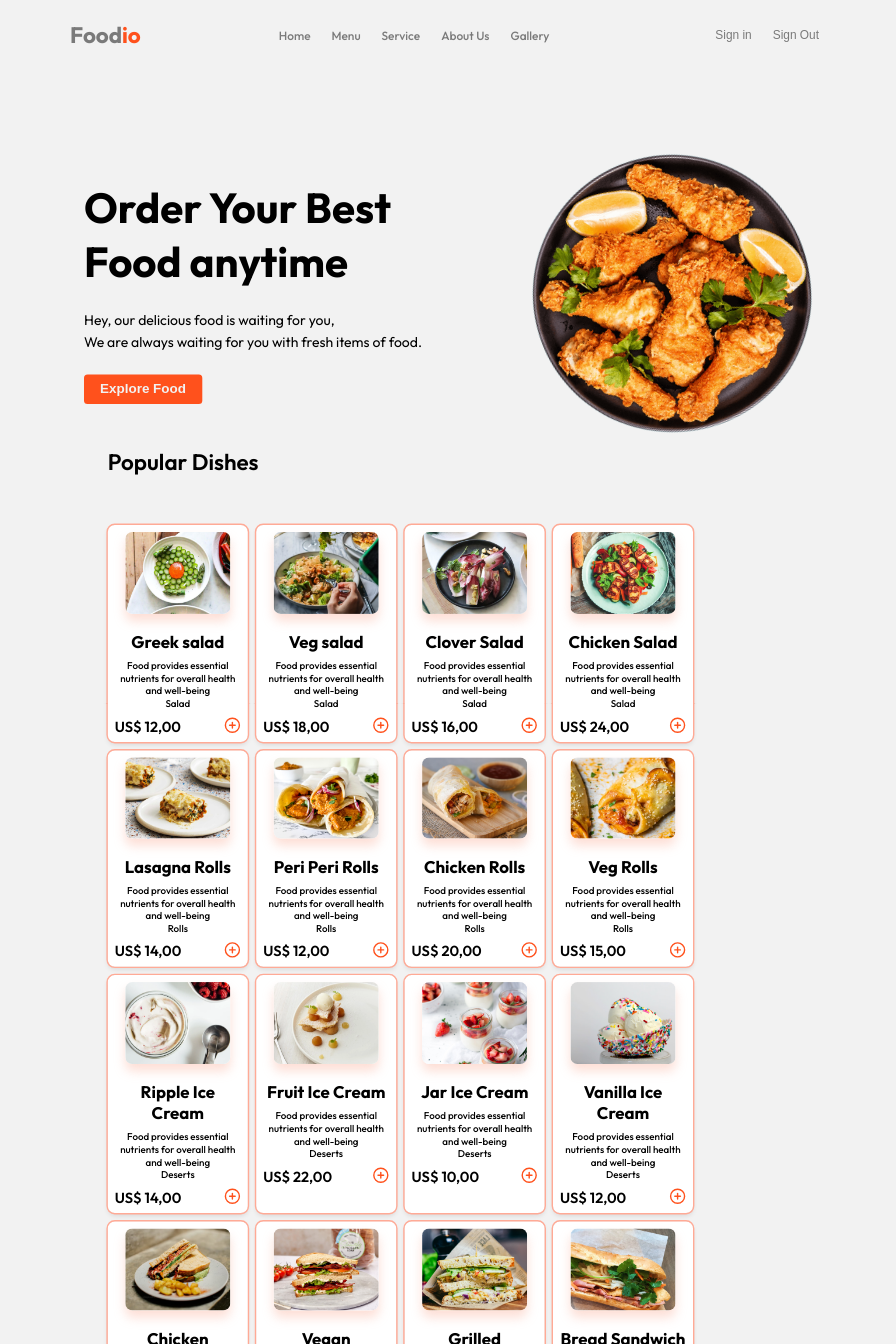
Repository: guilhermecardoso93/foodio
Page: /
These files come from the project's save history. The page is drawn as it stood at one moment and after the next save; the edit follows.
The browser window is 1280 px wide. The pictures show the part of the page from y = 0 to 1920 px (the page is 3481 px tall), at 70% of full size.
The project was rebuilt for these pictures with package versions that can differ from the ones it lists, and the page was loaded fresh each time. Also part of the build but not shown: vite.config.js, src/index.css.

Above is the page before, as saved 2024-11-05 21:03:55.

After the next save:
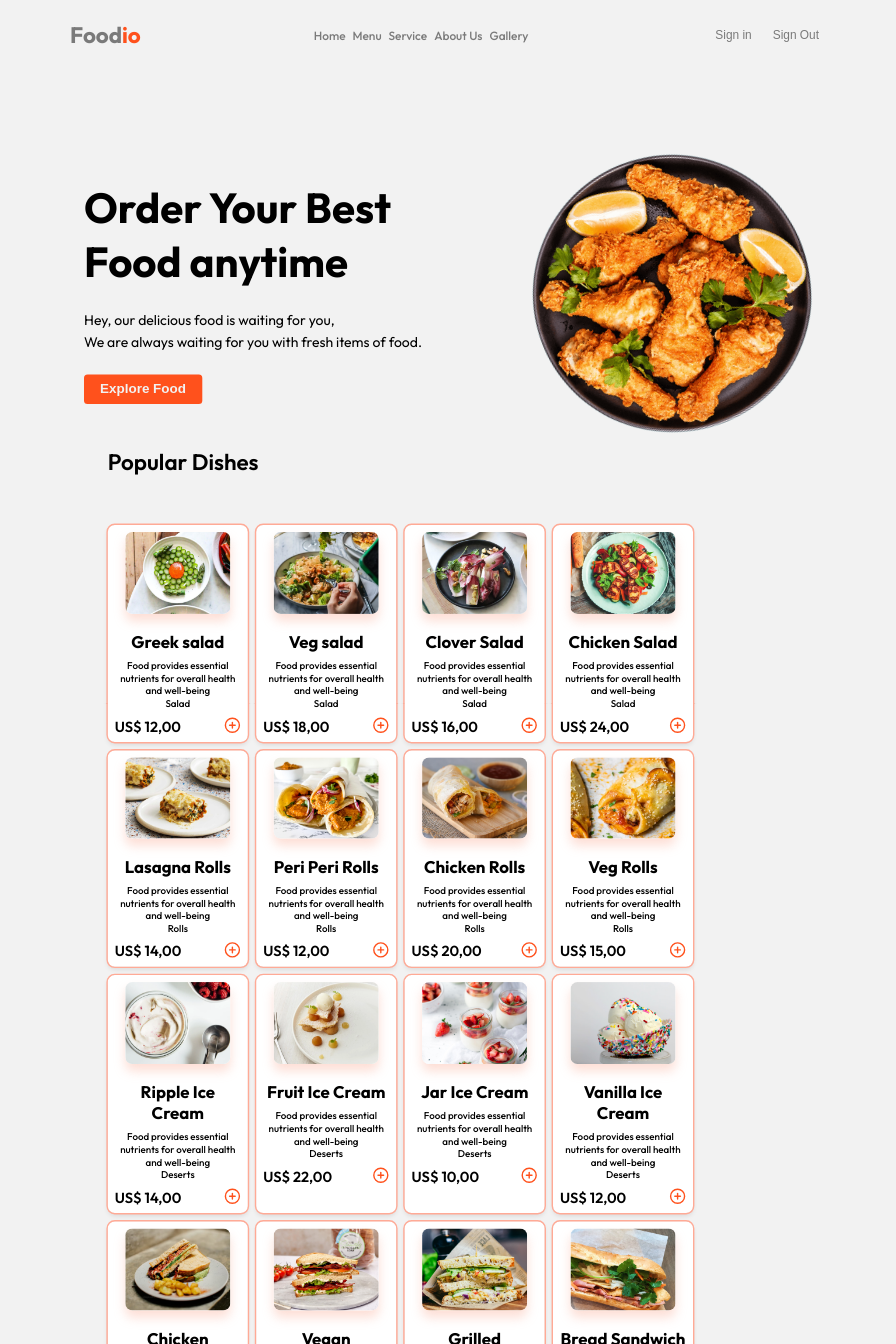
Saved 86 s later.
--- a/src/components/Menu/styles.css
+++ b/src/components/Menu/styles.css
@@ -21,7 +21,7 @@
 }
 
 .navbar-link li {
-  margin-right: 30px;
+  margin-right: 10px;
 }
 
 .navbar-link li a {
